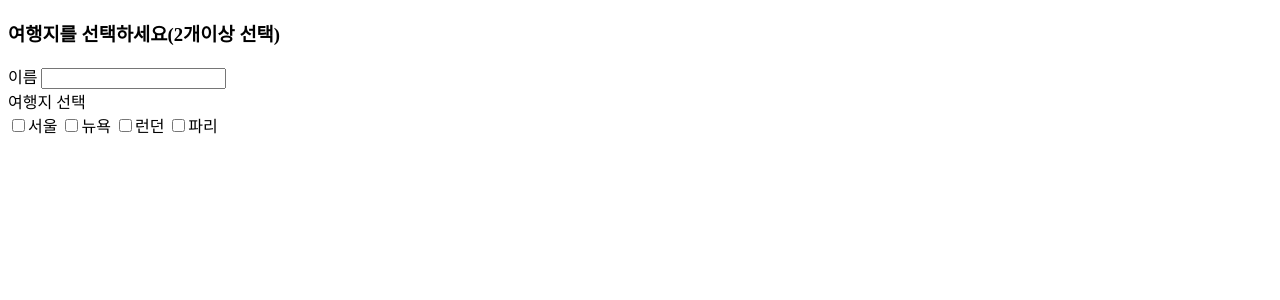
Repository: yuntaekOhO/SY_Academy_Study
Page: workspace_jsp/ch02-Servlet/src/main/webapp/views/travelForm.html
These files come from the project's save history. The page is drawn as it stood at one moment and after the next save; the edit follows.
The browser window is 1280 px wide. The pictures show the whole page.

Above is the page before, as saved 2022-06-23 07:37:33.

### workspace_jsp/ch02-Servlet/src/main/webapp/views/travelForm.html
<!DOCTYPE html>
<html>
<head>
<meta charset="UTF-8">
<title>여행지 선택</title>
</head>
<body>
<h3>여행지를 선택하세요(2개이상 선택)</h3>
<form action="/ch02-Servlet/travel" method="post">
	이름 <input type="text" name="name"><br>
	여행지 선택<br>
	<input type="checkbox" name="city" value="서울">서울
	<input type="checkbox" name="city" value="뉴욕">뉴욕
	<input type="checkbox" name="city" value="런던">런던
	<input type="checkbox" name="city" value="파리">파리
</form>
</body>
</html>

After the next save:
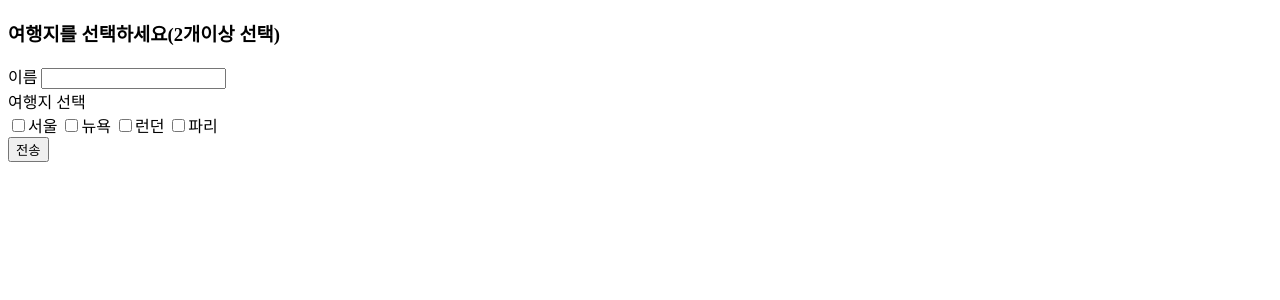
Saved 76 s later.
--- a/workspace_jsp/ch02-Servlet/src/main/webapp/views/travelForm.html
+++ b/workspace_jsp/ch02-Servlet/src/main/webapp/views/travelForm.html
@@ -13,6 +13,8 @@
 	<input type="checkbox" name="city" value="뉴욕">뉴욕
 	<input type="checkbox" name="city" value="런던">런던
 	<input type="checkbox" name="city" value="파리">파리
+	<br>
+	<input type="submit" value="전송">
 </form>
 </body>
 </html>
